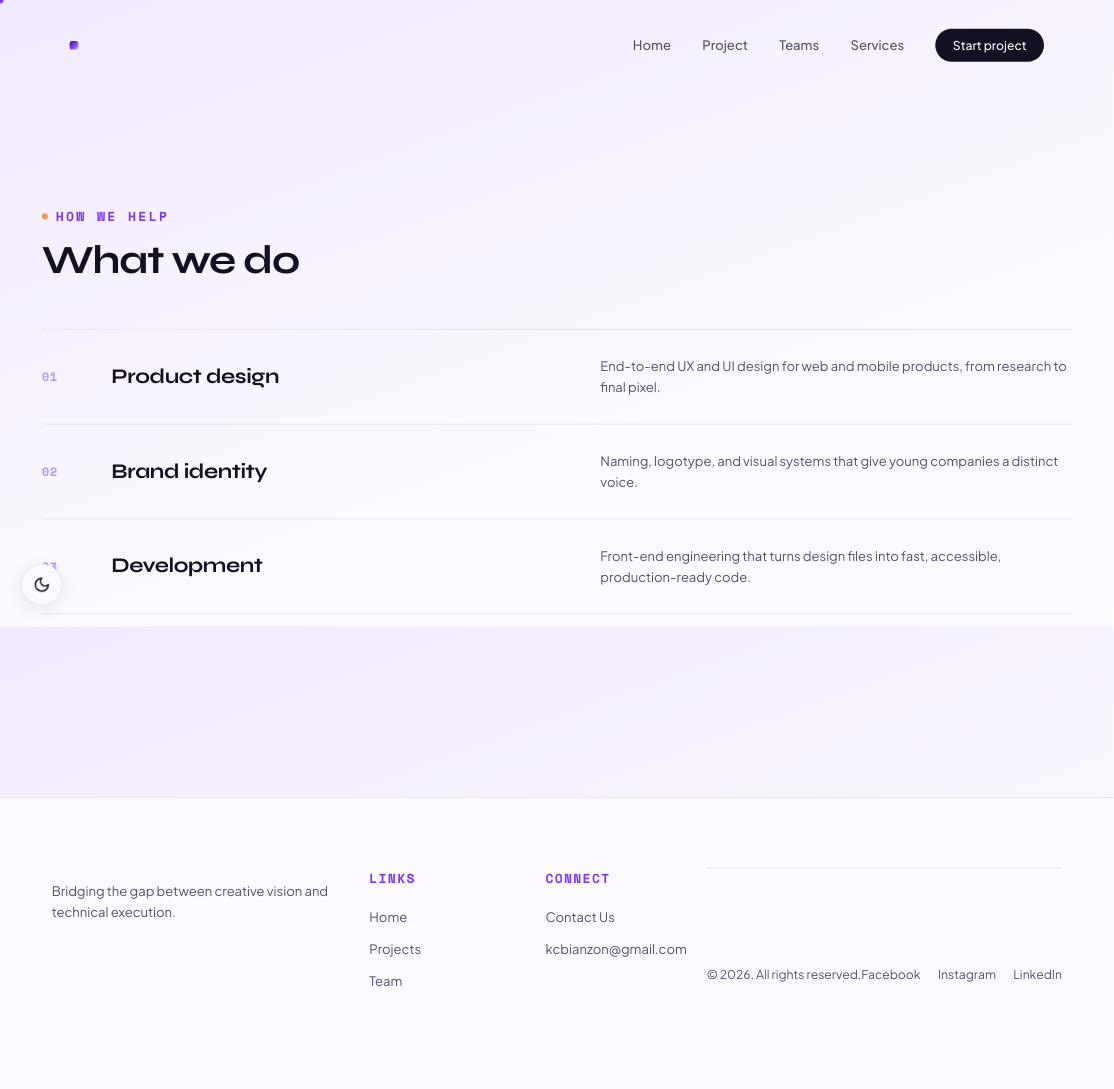
Repository: B4BTWO/Team-Portfolio
Page: services.html
These files come from the project's save history. The page is drawn as it stood at one moment and after the next save; the edit follows.
The browser window is 1280 px wide. The pictures show the whole page, at 87% of full size.
Backgrounds fixed to the window are drawn as part of the page.

Above is the page before, as saved 2026-07-21 19:37:19.

After the next save:
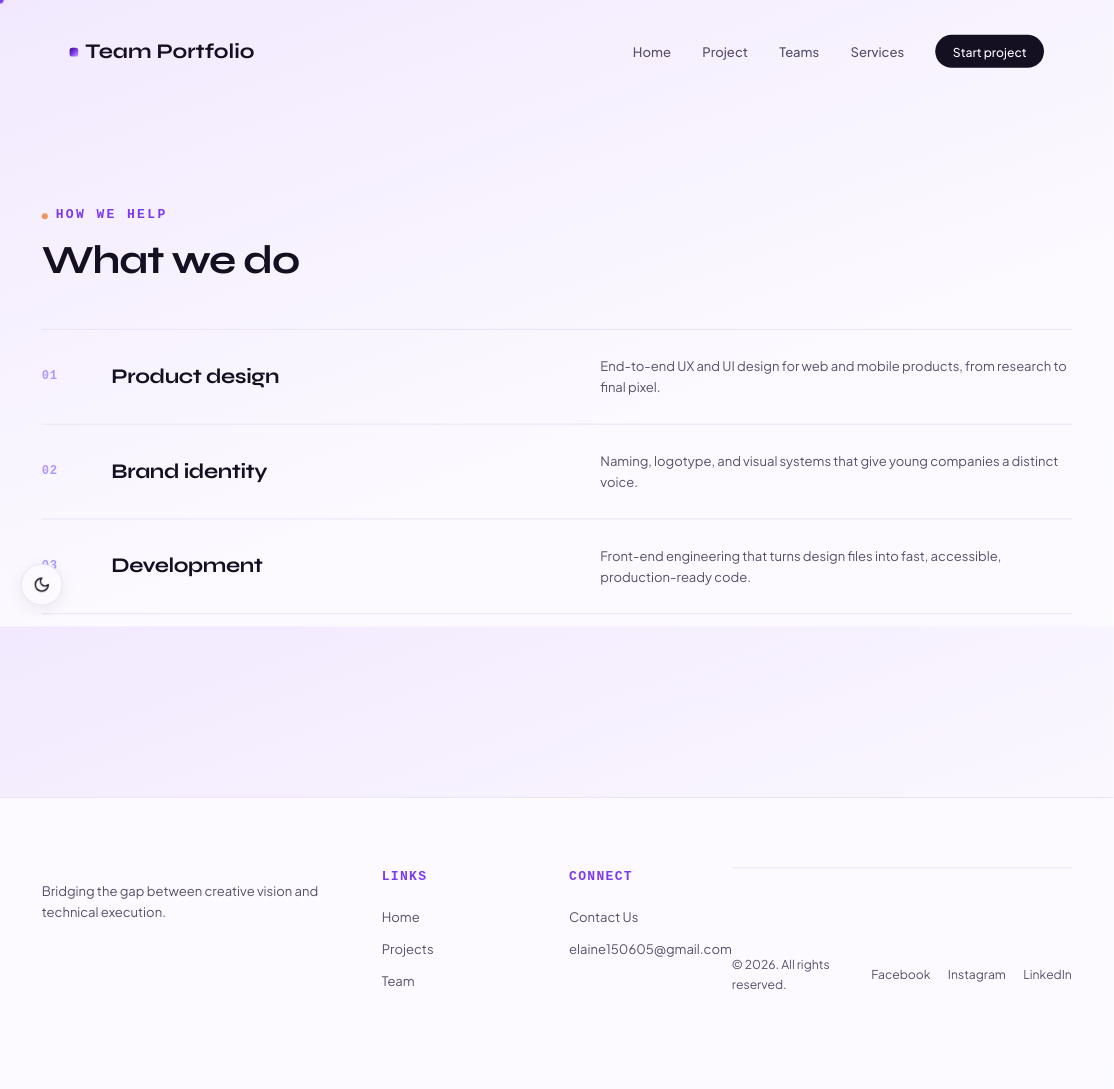
Saved 1 s later.
--- a/services.html
+++ b/services.html
@@ -7,7 +7,7 @@
     <link rel="preconnect" href="https://fonts.googleapis.com" />
     <link rel="preconnect" href="https://fonts.gstatic.com" crossorigin />
     <link
-      href="https://fonts.googleapis.com/css2?family=Syne:wght@700;800&family=Plus+Jakarta+Sans:wght@400;500;600&family=Space+Mono:wght@400;700&display=swap"
+      href="https://fonts.googleapis.com/css2?family=Syne:wght@700;800&family=Plus+Jakarta+Sans:wght@400;500;600;700&family=JetBrains+Mono:wght@400;500;600;700&display=swap"
       rel="stylesheet"
     />
     <link rel="stylesheet" href="style.css?v=1.3" />
@@ -63,7 +63,7 @@
             gap: 8px;
           "
         >
-          <span class="logo-mark"></span>
+          <span class="logo-mark"></span>Team Portfolio
         </a>
       </div>
       <nav>
@@ -134,7 +134,7 @@
           <ul class="footer-links">
             <li><a href="contact.html">Contact Us</a></li>
             <li>
-              <a href="mailto:kcbianzon@gmail.com">kcbianzon@gmail.com</a>
+              <a href="mailto:elaine150605@gmail.com">elaine150605@gmail.com</a>
             </li>
           </ul>
         </div>
